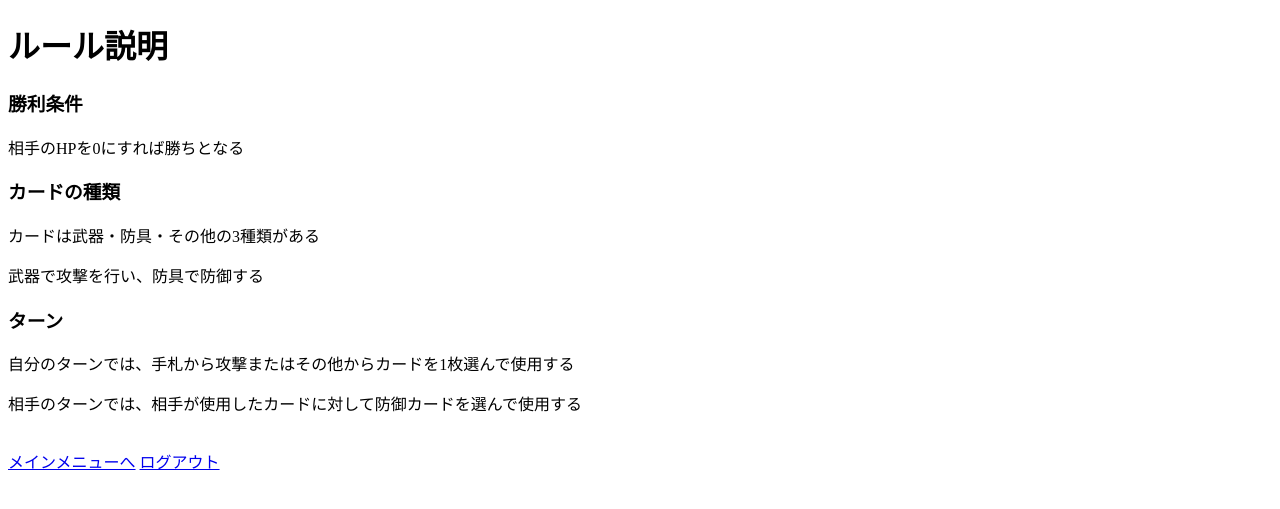
Repository: e1b21074/field_arena
Page: .log/field_arena/src/main/resources/templates/rule.html
The author's editor kept a copy of each file at every save. The page is drawn from the files as they stood at one save, then again after the next save.
The browser window is 1280 px wide. The pictures show the whole page.

Above is the page before, as saved 2023-11-07 15:05:38.

After the next save:
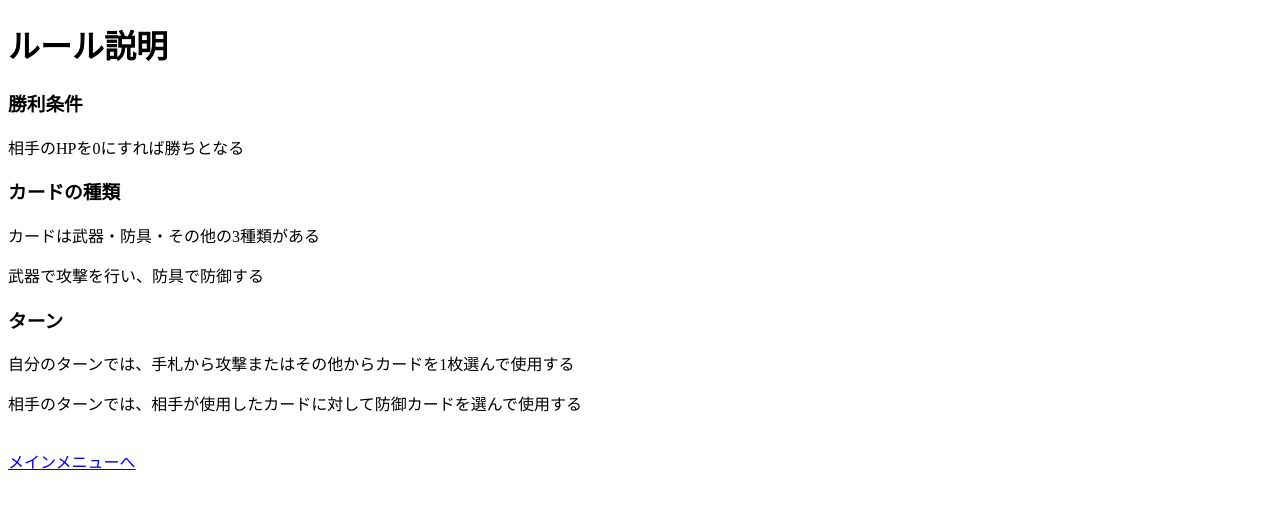
Saved 4 min 38 s later.
--- a/.log/field_arena/src/main/resources/templates/rule.html
+++ b/.log/field_arena/src/main/resources/templates/rule.html
@@ -23,8 +23,6 @@
 
     <br>
     <a href="/">メインメニューへ</a>
-
-    <a href="/logout">ログアウト</a>
 </body>
 
 </html>
